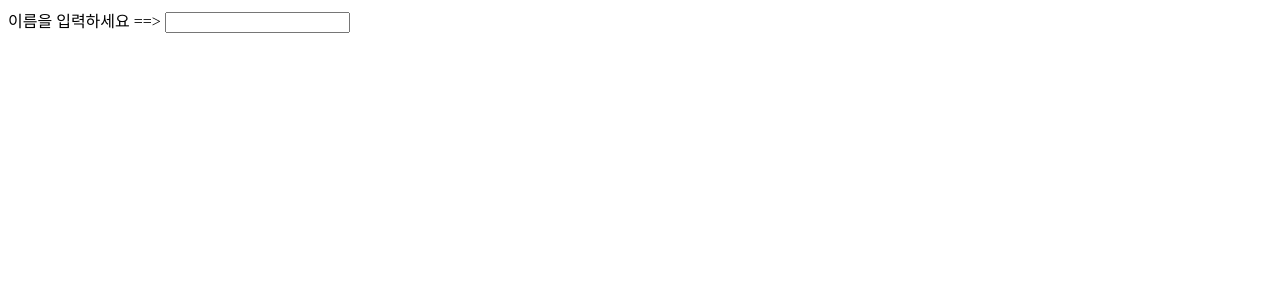
Repository: JUNGJAYOUNG/database_web
Page: http://localhost/day1109/hello_input.jsp
The author's editor kept a copy of each file at every save. The page is drawn from the files as they stood at one save, then again after the next save.
The browser window is 1280 px wide. The pictures show the whole page.
The page is served by Tomcat 9. Other server files are loaded and not shown.

Above is the page before, as saved 2021-11-09 03:50:55.

### day1109/src/main/webapp/hello_input.jsp
<%@ page language="java" contentType="text/html; charset=EUC-KR"
    pageEncoding="EUC-KR"%>
<!DOCTYPE html>
<html>
<head>
<meta charset="EUC-KR">
<title>Insert title here</title>
</head>
<body>
	<form action=="">
		이름을 입력하세요 ==> <input type="text" name="user_name">
	</form>
</body>
</html>

After the next save:
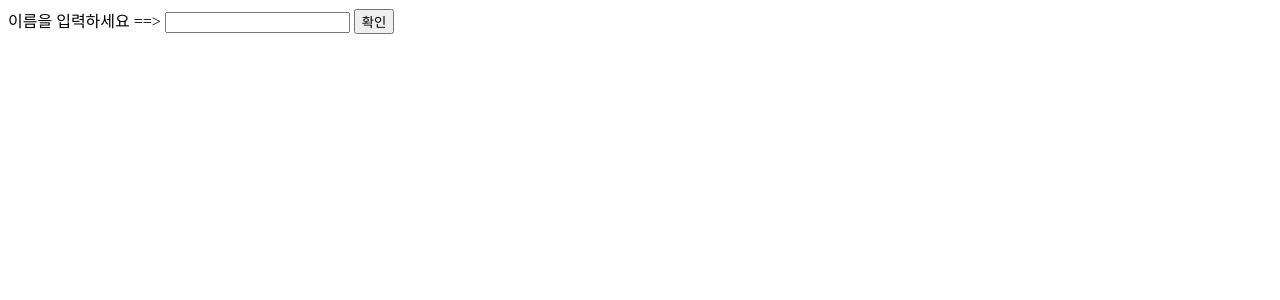
Saved 72 min 42 s later.
--- a/day1109/src/main/webapp/hello_input.jsp
+++ b/day1109/src/main/webapp/hello_input.jsp
@@ -9,6 +9,7 @@
 <body>
 	<form action=="">
 		이름을 입력하세요 ==> <input type="text" name="user_name">
+		<input type="submit" value="확인">
 	</form>
 </body>
 </html>
